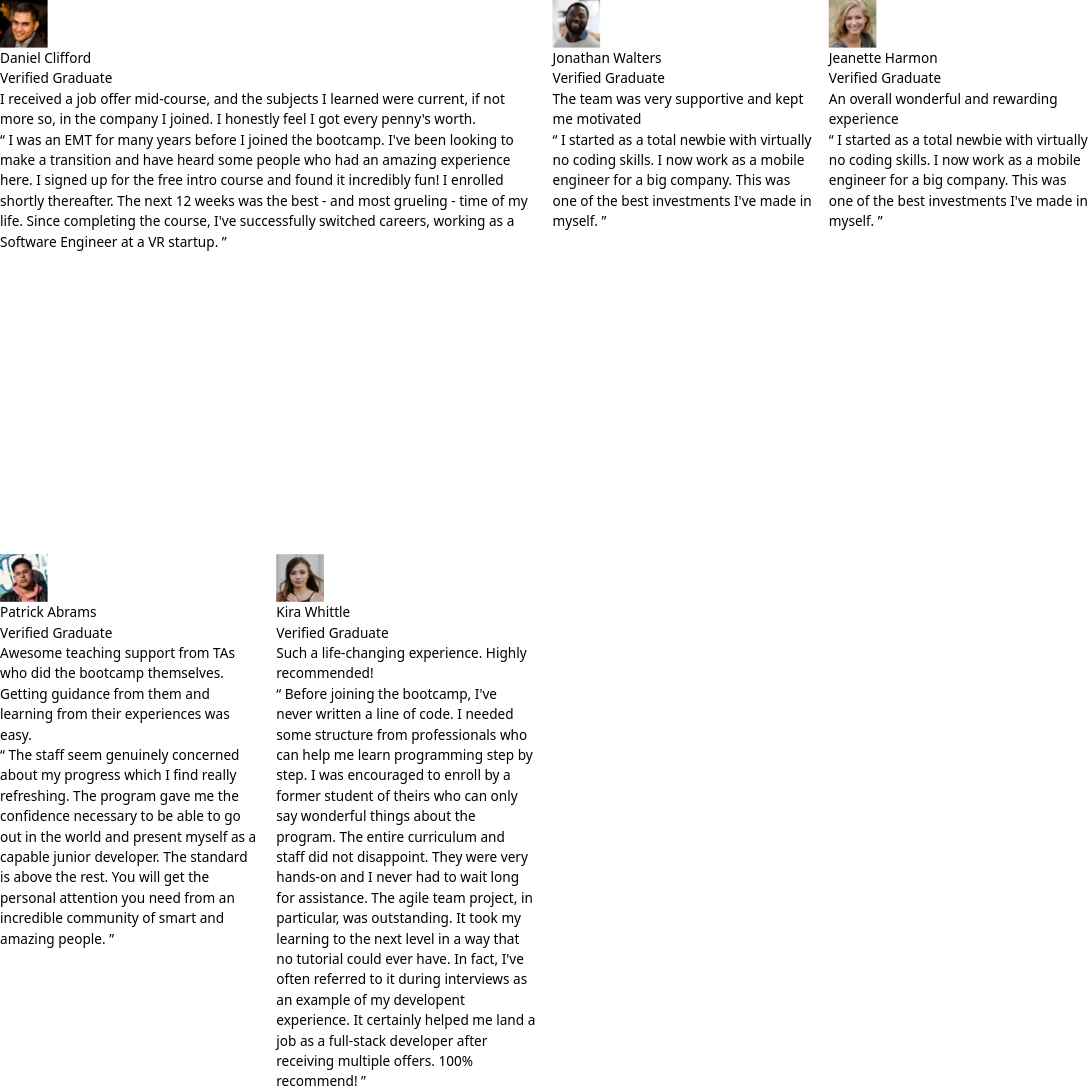
Repository: DiyBookOfLife/ps-FrontendMentor
Page: index.html
The author's editor kept a copy of each file at every save. The page is drawn from the files as they stood at one save, then again after a run of saves.
The browser window is 1280 px wide. The pictures show the whole page, at 85% of full size.
Some web libraries are served in a nearby version.

Above is the page before, as saved 2026-01-02 13:16:47.

### index.html
<!DOCTYPE html>
<html lang="en">

<head>
  <meta charset="UTF-8">
  <meta name="viewport" content="width=device-width, initial-scale=1.0">
  <!-- displays site properly based on user's device -->

  <link rel="icon" type="image/png" sizes="32x32" href="./images/favicon-32x32.png">

  <title>Frontend Mentor | [Challenge Name Here]</title>

  <link rel="preconnect" href="https://fonts.googleapis.com">
  <link rel="preconnect" href="https://fonts.gstatic.com" crossorigin>
  <link href="https://fonts.googleapis.com/css2?family=Barlow+Semi+Condensed:ital,wght@0,100;0,200;0,300;0,400;0,500;0,600;0,700;0,800;0,900;1,100;1,200;1,300;1,400;1,500;1,600;1,700;1,800;1,900&display=swap" rel="stylesheet">

  <!-- <link rel="stylesheet" href="./styles.css"> -->
  <script src="https://cdn.tailwindcss.com"></script>
</head>

<body>
  <main>
    <section class="grid grid-cols-4 grid-rows-2 gap-[20px]">
      <div class="col-start-1 col-end-3">
        <div class="profile">
          <img src="./images/image-daniel.jpg" alt="picture of daniel">
          <div>
            <div>Daniel Clifford</div>
            <div>Verified Graduate</div>
          </div>
        </div>

        <p>
          I received a job offer mid-course, and the subjects I learned were current, if not more so,
          in the company I joined. I honestly feel I got every penny's worth.
        </p>

        <p>
          “ I was an EMT for many years before I joined the bootcamp. I've been looking to make a
          transition and have heard some people who had an amazing experience here. I signed up
          for the free intro course and found it incredibly fun! I enrolled shortly thereafter.
          The next 12 weeks was the best - and most grueling - time of my life. Since completing
          the course, I've successfully switched careers, working as a Software Engineer at a VR startup. ”
        </p>
      </div>

      <div class="card" id="jonathan_card">
        <div class="profile">
          <img src="./images/image-jonathan.jpg" alt="picture of jonathan">
          <div>
            <div>Jonathan Walters</div>
            <div>Verified Graduate</div>
          </div>
        </div>

        <p>
          The team was very supportive and kept me motivated
        </p>

        <p>
          “ I started as a total newbie with virtually no coding skills. I now work as a mobile engineer
          for a big company. This was one of the best investments I've made in myself. ”
        </p>
      </div>



      <div class="card" id="jeanette_card">
        <div class="profile">
          <img src="./images/image-jeanette.jpg" alt="picture of jeanette">
          <div>
            <div>Jeanette Harmon</div>
            <div>Verified Graduate</div>
          </div>
        </div>

        <p>
          An overall wonderful and rewarding experience
        </p>

        <p>
          “ I started as a total newbie with virtually no coding skills. I now work as a mobile engineer
          for a big company. This was one of the best investments I've made in myself. ”
        </p>
      </div>


      <div class="card" id="patrick_card">
        <div class="profile">
          <img src="./images/image-patrick.jpg" alt="picture of patrick">
          <div>
            <div>Patrick Abrams</div>
            <div>Verified Graduate</div>
          </div>
        </div>

        <p>
          Awesome teaching support from TAs who did the bootcamp themselves. Getting guidance from them and
          learning from their experiences was easy.
        </p>

        <p>
          “ The staff seem genuinely concerned about my progress which I find really refreshing. The program
          gave me the confidence necessary to be able to go out in the world and present myself as a capable
          junior developer. The standard is above the rest. You will get the personal attention you need from
          an incredible community of smart and amazing people. ”
        </p>
      </div>



      <div class="col-start-">
        <div class="profile">
          <img src="./images/image-kira.jpg" alt="picture of kira">
          <div>
            <div>Kira Whittle</div>
            <div>Verified Graduate</div>
          </div>
        </div>

        <p>
          Such a life-changing experience. Highly recommended!
        </p>

        <p>
          “ Before joining the bootcamp, I've never written a line of code. I needed some structure from
          professionals who can help me learn programming step by step. I was encouraged to enroll by a former
          student of theirs who can only say wonderful things about the program. The entire curriculum and staff
          did not disappoint. They were very hands-on and I never had to wait long for assistance. The agile team
          project, in particular, was outstanding. It took my learning to the next level in a way that no tutorial
          could ever have. In fact, I've often referred to it during interviews as an example of my developent
          experience. It certainly helped me land a job as a full-stack developer after receiving multiple offers.
          100% recommend! ”
        </p>
      </div>

    </section>
  </main>
</body>

</html>

After the next 4 saves:
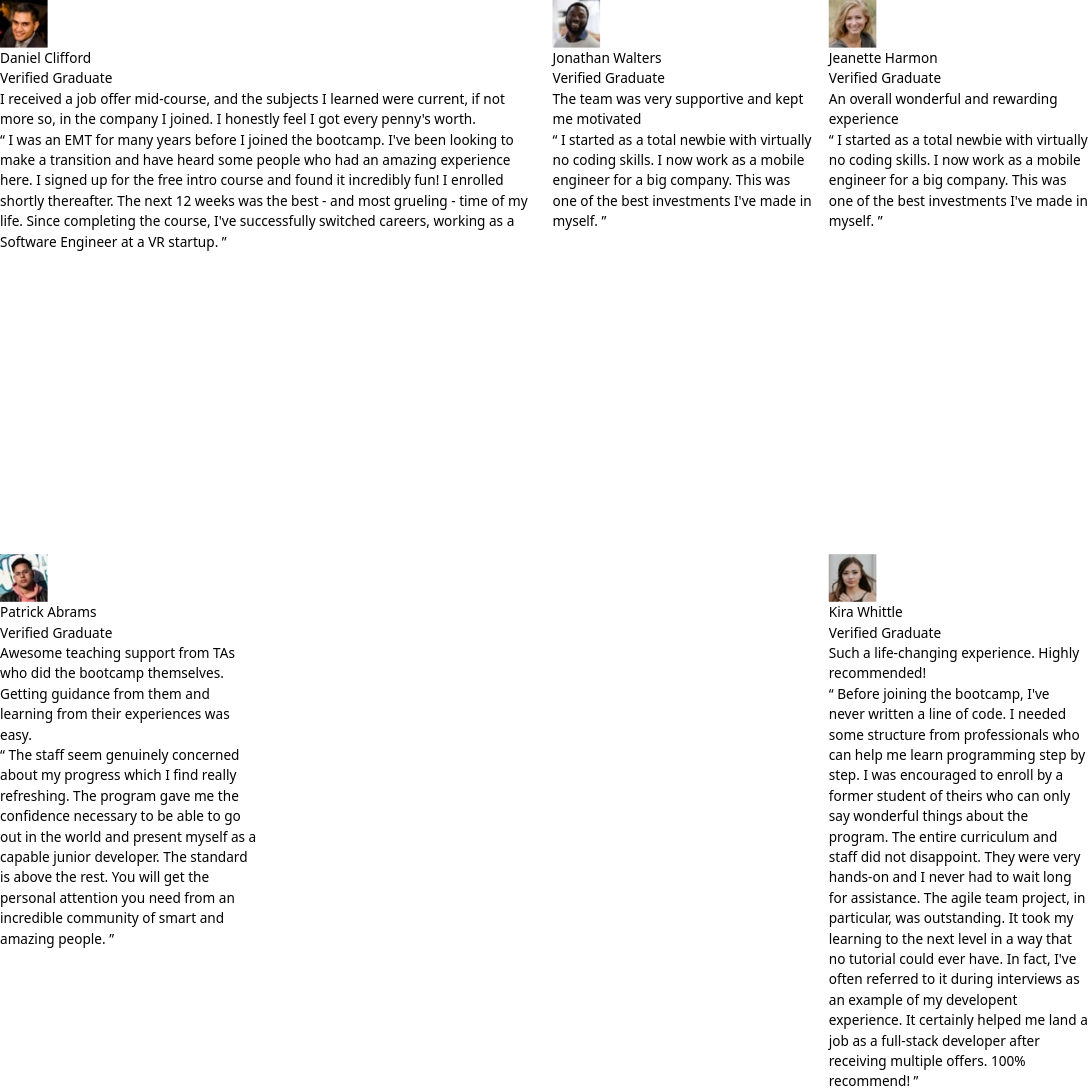
The 4 saves are shown as one change because they came seconds apart.
The last was saved 17 s later.
--- a/index.html
+++ b/index.html
@@ -109,7 +109,7 @@
 
 
 
-      <div class="col-start-">
+      <div class="col-start-4 col-end-5">
         <div class="profile">
           <img src="./images/image-kira.jpg" alt="picture of kira">
           <div>
